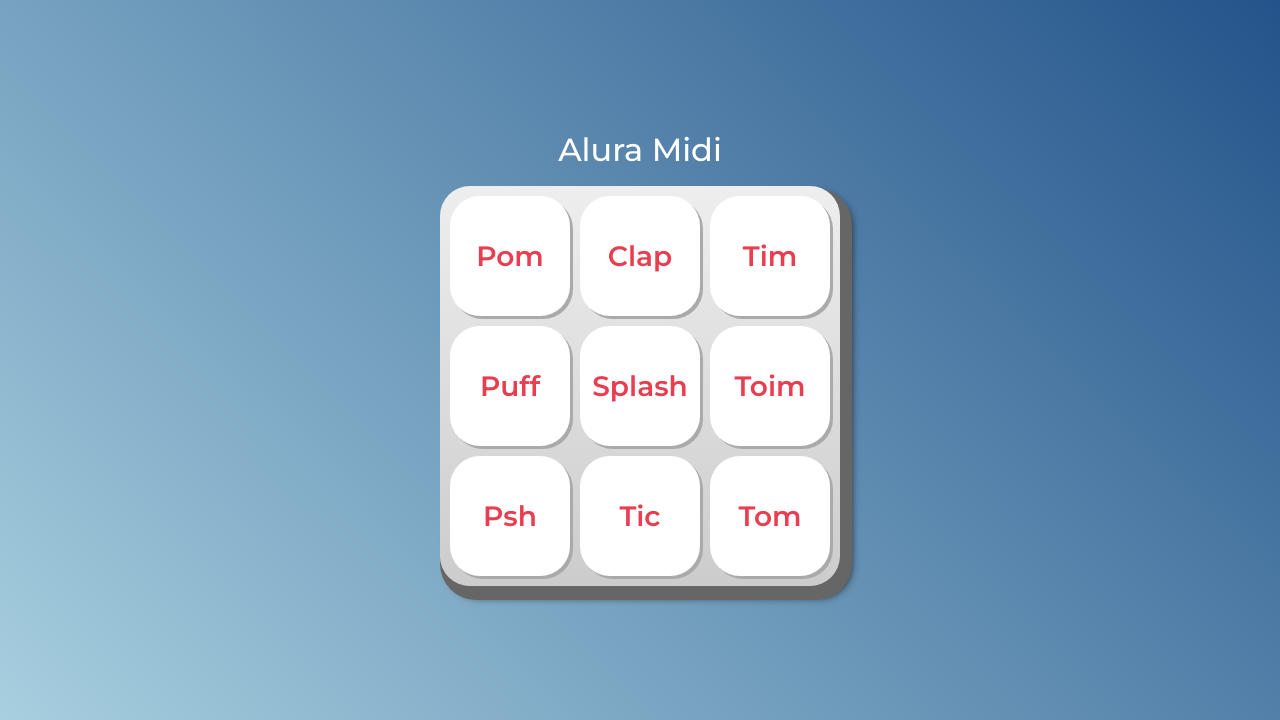
Repository: barbara-teresa-toledo/rodrigo-faro-sounds
Page: index.html
The author's editor kept a copy of each file at every save. The page is drawn from the files as they stood at one save, then again after the next save.
The browser window is 1280 px wide. The pictures show the whole page.

Above is the page before, as saved 2022-08-02 15:49:55.

### index.html
<!DOCTYPE html>
<html lang="pt-BR">
<head>
    <meta charset="UTF-8">
    <meta http-equiv="X-UA-Compatible" content="IE=edge">
    <meta name="viewport" content="width=device-width, initial-scale=1.0">

    <title>Alura MIDI</title>

    <link rel="preconnect" href="https://fonts.googleapis.com">
    <link rel="preconnect" href="https://fonts.gstatic.com" crossorigin>
    <link href="https://fonts.googleapis.com/css2?family=Montserrat:wght@500;600&display=swap" rel="stylesheet">

    <link rel="icon" type="image/png" href="images/bateria.png">
    <link rel="stylesheet" href="css/reset.css">
    <link rel="stylesheet" href="css/estilos.css">

</head>
<body>

    <h1>Alura Midi</h1>

    <section class="teclado">
        <button class="tecla tecla_pom">Pom</button>
        <button class="tecla tecla_clap">Clap</button>
        <button class="tecla tecla_tim">Tim</button>

        <button class="tecla tecla_puff">Puff</button>
        <button class="tecla tecla_splash">Splash</button>
        <button class="tecla tecla_toim">Toim</button>

        <button class="tecla tecla_psh">Psh</button>
        <button class="tecla tecla_tic">Tic</button>
        <button class="tecla tecla_tom">Tom</button>
    </section>

    <audio src="sounds/keyq.wav" id="som_tecla_pom"></audio>
    <audio src="sounds/keyw.wav" id="som_tecla_clap"></audio>
    <audio src="sounds/keye.wav" id="som_tecla_tim"></audio>
    <audio src="sounds/keya.wav" id="som_tecla_puff"></audio>
    <audio src="sounds/keys.wav" id="som_tecla_splash"></audio>
    <audio src="sounds/keyd.wav" id="som_tecla_toim"></audio>
    <audio src="sounds/keyz.wav" id="som_tecla_psh"></audio>
    <audio src="sounds/keyx.wav" id="som_tecla_tic"></audio>
    <audio src="sounds/keyc.wav" id="som_tecla_tom"></audio>

    <script src="main.js"></script>

</body>
</html>

### css/estilos.css
:root {
  --cinza: #aaa;
  --vermelha: #e93d50;
  --vermelha-escura: #af303f;
  --branca: #fff;
  --luz: rgb(229, 255, 0);
}

body {
  align-items: center;
  background: linear-gradient(45deg, #a7cfdf 0%,#23538a 100%);
  display: flex;
  justify-content: center;
  flex-direction: column;
  font-family: 'Montserrat', sans-serif;
  min-height: 100vh;
}

h1 {
  color: var(--branca);
  margin-bottom: 20px;
  font-size: 2rem;
}

.teclado {
  background: linear-gradient(to bottom, #eeeeee 0%,#cccccc 100%);
  box-shadow: 6px 8px 0 6px #666, 10px 10px 10px #000;
  border-radius: 30px;
  display: grid;
  gap: 10px;
  grid-template-columns: repeat(3, 1fr);
  padding: 10px;
}

.tecla {
  background-color: var(--branca);
  border-radius: 30px;
  box-shadow: 3px 3px 0 var(--cinza);
  color: var(--vermelha);
  cursor: pointer;
  height: 120px;
  font-size: 1.75em;
  font-weight: bold;
  line-height: 120px;
  text-align: center;
  width: 120px;
}

.tecla.ativa,
.tecla:active {
  background-color: var(--vermelha);
  border: 4px solid  var(--vermelha);
  box-shadow: 3px 3px 0 var(--vermelha-escura) inset;
  color: var(--branca);
  outline: none;
}

.tecla.focus,
.tecla:focus {
  outline: none;
  box-shadow: 1px 1px 10px var(--luz);
}

.tecla.ativa:focus,
.tecla:active:focus {
  box-shadow: 3px 3px 0 var(--vermelha-escura) inset, 1px 1px 10px var(--luz);
}

### main.js
function tocaSom (seletorAudio) {
    const elemento = document.querySelector(seletorAudio);

    if (elemento && elemento.localName === 'audio') {
        elemento.play();
    }
    else {
        //alert('Elemento não encontrado');
        console.log('Elemento não encontrado ou seletor inválido');
    }

}

const listaDeTeclas = document.querySelectorAll('.tecla');

//para
for (let contador = 0; contador < listaDeTeclas.length; contador++) {

    const tecla = listaDeTeclas[contador];
    const instrumento = tecla.classList[1];
    const idAudio = `#som_${instrumento}`; //template string

    tecla.onclick = function () {
        tocaSom(idAudio);
    }

    tecla.onkeydown = function (evento) {

        if (evento.code === 'Space' || evento.code === 'Enter') {
            tecla.classList.add('ativa');
        }

    }

    tecla.onkeyup = function () {
        tecla.classList.remove('ativa');
    }

}

Loaded but not shown: css/reset.css (common file)

After the next save:
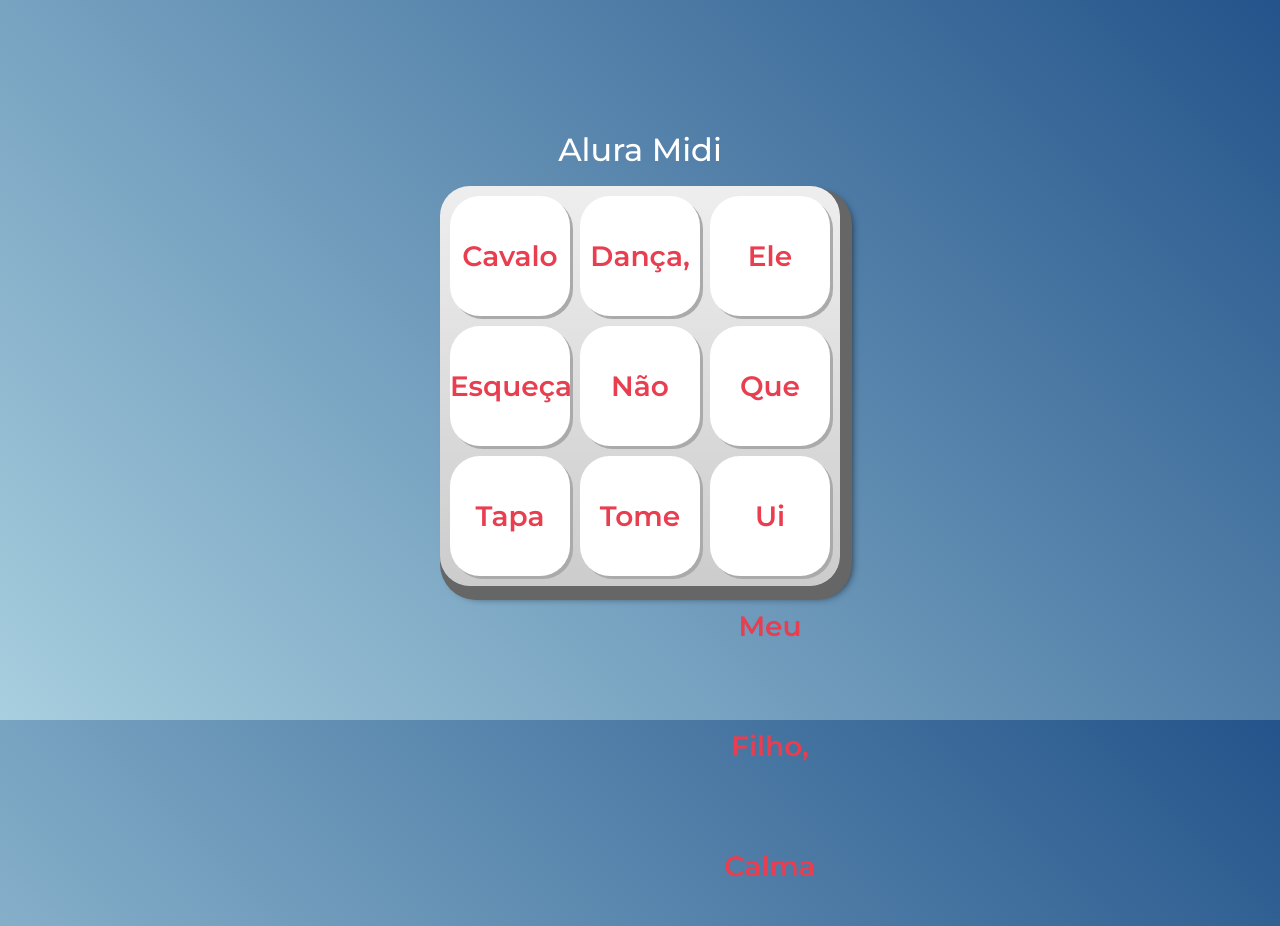
Saved 13 min 50 s later.
--- a/index.html
+++ b/index.html
@@ -21,28 +21,28 @@
     <h1>Alura Midi</h1>
 
     <section class="teclado">
-        <button class="tecla tecla_pom">Pom</button>
-        <button class="tecla tecla_clap">Clap</button>
-        <button class="tecla tecla_tim">Tim</button>
+        <button class="tecla cavalo">Cavalo</button>
+        <button class="tecla danca">Dança, Gatinho, Dança</button>
+        <button class="tecla ele_gosta">Ele Gosta</button>
 
-        <button class="tecla tecla_puff">Puff</button>
-        <button class="tecla tecla_splash">Splash</button>
-        <button class="tecla tecla_toim">Toim</button>
+        <button class="tecla esqueca_tudo">Esqueça Tudo</button>
+        <button class="tecla nao">Não</button>
+        <button class="tecla que_isso">Que Isso Meu Filho, Calma</button>
 
-        <button class="tecla tecla_psh">Psh</button>
-        <button class="tecla tecla_tic">Tic</button>
-        <button class="tecla tecla_tom">Tom</button>
+        <button class="tecla tapa">Tapa</button>
+        <button class="tecla tome">Tome</button>
+        <button class="tecla ui">Ui</button>
     </section>
 
-    <audio src="sounds/keyq.wav" id="som_tecla_pom"></audio>
-    <audio src="sounds/keyw.wav" id="som_tecla_clap"></audio>
-    <audio src="sounds/keye.wav" id="som_tecla_tim"></audio>
-    <audio src="sounds/keya.wav" id="som_tecla_puff"></audio>
-    <audio src="sounds/keys.wav" id="som_tecla_splash"></audio>
-    <audio src="sounds/keyd.wav" id="som_tecla_toim"></audio>
-    <audio src="sounds/keyz.wav" id="som_tecla_psh"></audio>
-    <audio src="sounds/keyx.wav" id="som_tecla_tic"></audio>
-    <audio src="sounds/keyc.wav" id="som_tecla_tom"></audio>
+    <audio src="sounds/cavalo.mp3" id="som_tecla_cavalo"></audio>
+    <audio src="sounds/danca.mp3" id="som_tecla_danca"></audio>
+    <audio src="sounds/ele_gosta.mp3" id="som_tecla_ele_gosta"></audio>
+    <audio src="sounds/esqueca_tudo.mp3" id="som_tecla_esqueca_tudo"></audio>
+    <audio src="sounds/nao.mp3" id="som_tecla_nao"></audio>
+    <audio src="sounds/que_isso.mp3" id="som_tecla_que_isso"></audio>
+    <audio src="sounds/tapa.mp3" id="som_tecla_tapa"></audio>
+    <audio src="sounds/tome.mp3" id="som_tecla_tome"></audio>
+    <audio src="sounds/ui.mp3" id="som_tecla_ui"></audio>
 
     <script src="main.js"></script>
 
